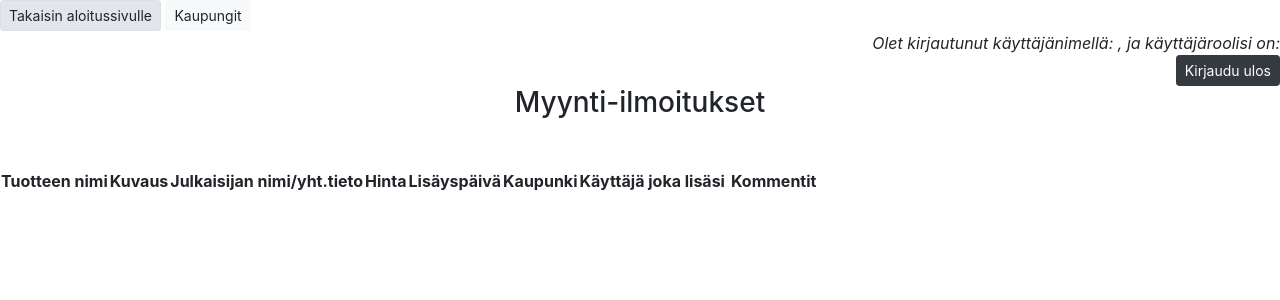
Repository: LiljestromNadja/Backend_s2023_harjoitustyo
Page: http://localhost/articlelist
The author's editor kept a copy of each file at every save. The page is drawn from the files as they stood at one save, then again after the next save.
The browser window is 1280 px wide. The pictures show the whole page.
The page is this project's Thymeleaf template; nobody is signed in. The template is opened directly, without the code that normally fills it, so the values that code supplies are empty.

Above is the page before, as saved 2023-11-10 15:22:24.

After the next save:
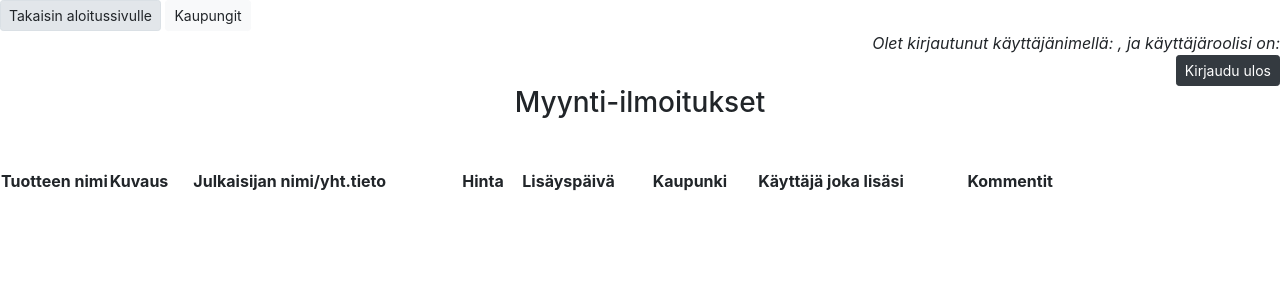
Saved 62 s later.
--- a/harkkas23v01/src/main/resources/templates/articlelist.html
+++ b/harkkas23v01/src/main/resources/templates/articlelist.html
@@ -29,7 +29,7 @@
 
 	<table>
 	<tr>
-		<th>Tuotteen nimi</th>
+		<th style="width: 10%">Tuotteen nimi</th>
 <!--  	<th>Tuotteen id </th> -->
 		<th>Kuvaus</th>
 		<th>Julkaisijan nimi/yht.tieto</th>
